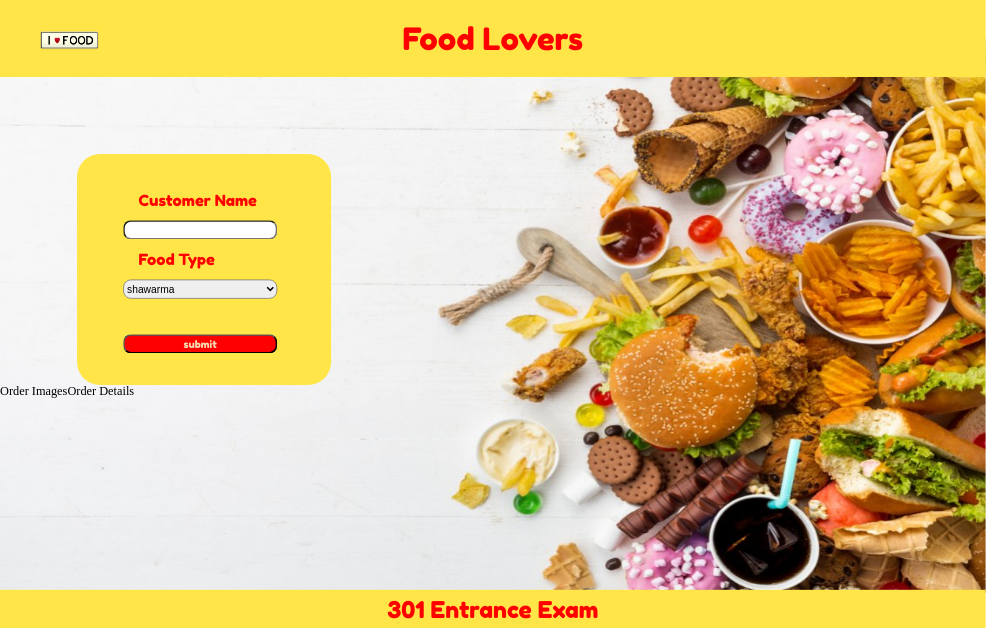
Repository: Razan-am/foodLovers
Page: index.html
An editor plug-in stored every save of this project. The page is shown before and after the next save, followed by the edit.
The browser window is 1280 px wide. The pictures show the whole page, at 77% of full size.

Above is the page before, as saved 2021-06-01 11:35:01.

### index.html
<!DOCTYPE html>
<html lang="en">

<head>
    <meta charset="UTF-8">
    <meta http-equiv="X-UA-Compatible" content="IE=edge">
    <meta name="viewport" content="width=device-width, initial-scale=1.0">
    <title>Food Lovers</title>
    <link rel="preconnect" href="https://fonts.gstatic.com">
    <link href="https://fonts.googleapis.com/css2?family=Fredoka+One&display=swap" rel="stylesheet">
    <link rel="stylesheet" href="css/reset.css">
    <link rel="stylesheet" href="css/style.css">
</head>

<body>
    <header>
        <h1>Food Lovers</h1>
        <img src="images/css images/logo.png" alt="logo">
    </header>
    <main>
        <form action="" id="myForm">
            <fieldset>
                <label for="name">Customer Name</label>
                <br/><br/>
                <input type="text" id="name" name="name">
                <br/><br/>
                <label for="food">Food Type</label>
                <br/><br/>
                <select name="food" id="food">
                    <option value="shawarma">shawarma</option>
                    <option value="pizza">pizza</option>
                    <option value="burger">burger</option>
                </select>
                <br/><br/>
                <input type="submit" value="submit">
            </fieldset>
        </form>
        <table id="myTable">
            <tr>
                <th>Order Images</th>
                <th>Order Details</th>
            </tr>
        </table>
        <img src="images/css images/background.jpg" alt="backGround">
    </main>
    <footer>
        <p>301 Entrance Exam </p>
    </footer>
    <script src="js/app.js"></script>
</body>

</html>

### css/style.css
*{
    box-sizing: border-box;
}
header{
    background-color: rgba(255, 229, 72, 255);
    height: 100px;
}
h1{
    font-family: 'Fredoka One', cursive;
    color: red;
    text-align: center;
    font-size: 40px;
    font-weight: lighter;
    padding-top: 30px;
}

header img{
    top: 2px;
    left: 30px;
    position: absolute;
    width: 120px;
    height: 100px;
}
main img{
    top: 50px;
    position: absolute;
    z-index: -1;
    width: 100%;
    height: 100%;
}
form{
    display: inline-block;
    background-color:  rgba(255, 229, 72, 255);
    margin-top: 100px;
    margin-left: 100px;
    width: 330px;
    height: 300px;
    border-radius: 30px;
}
form label{
    top: 50px;
    position: relative;
    padding-left: 80px;
    font-size: 20px;
    color: red;
    font-family: 'Fredoka One', cursive;
}
form input{
    top: 50px;
    position: relative;
    margin-left: 60px;
    width: 200px;
    height: 25px;
    border-radius: 10px;
}
form select{
    top: 50px;
    position: relative;
    margin-left: 60px;
    width: 200px;
    height: 25px;
    border-radius: 10px;
    margin-bottom: 30px;
}
form input:last-of-type{
    background-color: red;
    color: wheat;
    font-family: 'Fredoka One', cursive;
}
/* table{
    background-color: rgba(255, 229, 72, 255) ;
    top: -300px;
    position: relative;
    margin-left: 700px;
    width: 500px;
    border-radius: 10px;

} */
/* table th{
    margin-top: 20px;
    margin-left: 30px;
    border: 1px solid red;
    font-size: 20px;
    text-align: center;

} */
/* table td{

    border: 1px solid red;
    padding-bottom: 80px;
} */
table img{
    width: 90px;
    height: 90px;
    z-index: 1;
    margin-top: 500px;
    /* margin-left: 30px; */

}
table p{
    color: black;
    font-family: 'Fredoka One', cursive;
    margin-top: 30px;
    margin-left: 20px;
}
footer{
    background-color: rgba(255, 229, 72, 255);
    margin-top: 250px;
    height: 50px;
}
footer p{
    text-align: center;
    color: red;
    font-size: 30px;
    padding-top: 10px;
    font-family: 'Fredoka One', cursive;
}

### js/app.js
'use strict';

let myForm = document.getElementById('myForm');
let myTable = document.getElementById('myTable');


let mainArr = [];
function Foods(userName,foodType){
    this.userName=userName;
    this.foodType=foodType;
    this.img=`images/${foodType}.jpg`
    mainArr.push(this);
}
console.log(mainArr);

myForm.addEventListener('submit',handleEvent);
function handleEvent(event){
    event.preventDefault();

    let userName = event.target.name.value;
    let foodType = event.target.food.value;
    console.log(foodType);
    new Foods(userName,foodType);
    setting();
    render();
}

function randomNumber(min,max){
    min = Math.ceil(min);
    max = Math.floor(max);
    return Math.floor(Math.random() * (max - min) + min)
}

function render(){
    let tBody = document.createElement('tr');
    myTable.appendChild(tBody);

    for (let index = 0; index < mainArr.length; index++) {
        tBody.textContent='';

        let td1 = document.createElement('td');
        tBody.appendChild(td1);

        let imgEl = document.createElement('img');
        td1.appendChild(imgEl);
        imgEl.setAttribute('src', mainArr[index].img);

        let td2 = document.createElement('td');
        tBody.appendChild(td2);

        let pEl1 = document.createElement('p');
        td2.appendChild(pEl1);
        pEl1.textContent=`Customer Name:${mainArr[index].userName}`;
        let pEl2 = document.createElement('p');
        td2.appendChild(pEl2);
        pEl2.textContent=`Food Type:${mainArr[index].foodType}`;
        let pEl3 = document.createElement('p');
        td2.appendChild(pEl3);
        pEl3.textContent=`Food Price:${randomNumber(1,100)}`;


    }
}

function setting(){
    let data = JSON.stringify(mainArr);
    localStorage.setItem('information',data);
}

function getting(){
    let stringObj = localStorage.getItem('information');
    let normalObj = JSON.parse(stringObj);

    if(normalObj !== null){
        mainArr = normalObj;
    }
    render();
}
getting();

Loaded but not shown: css/reset.css (common file)

After the next save:
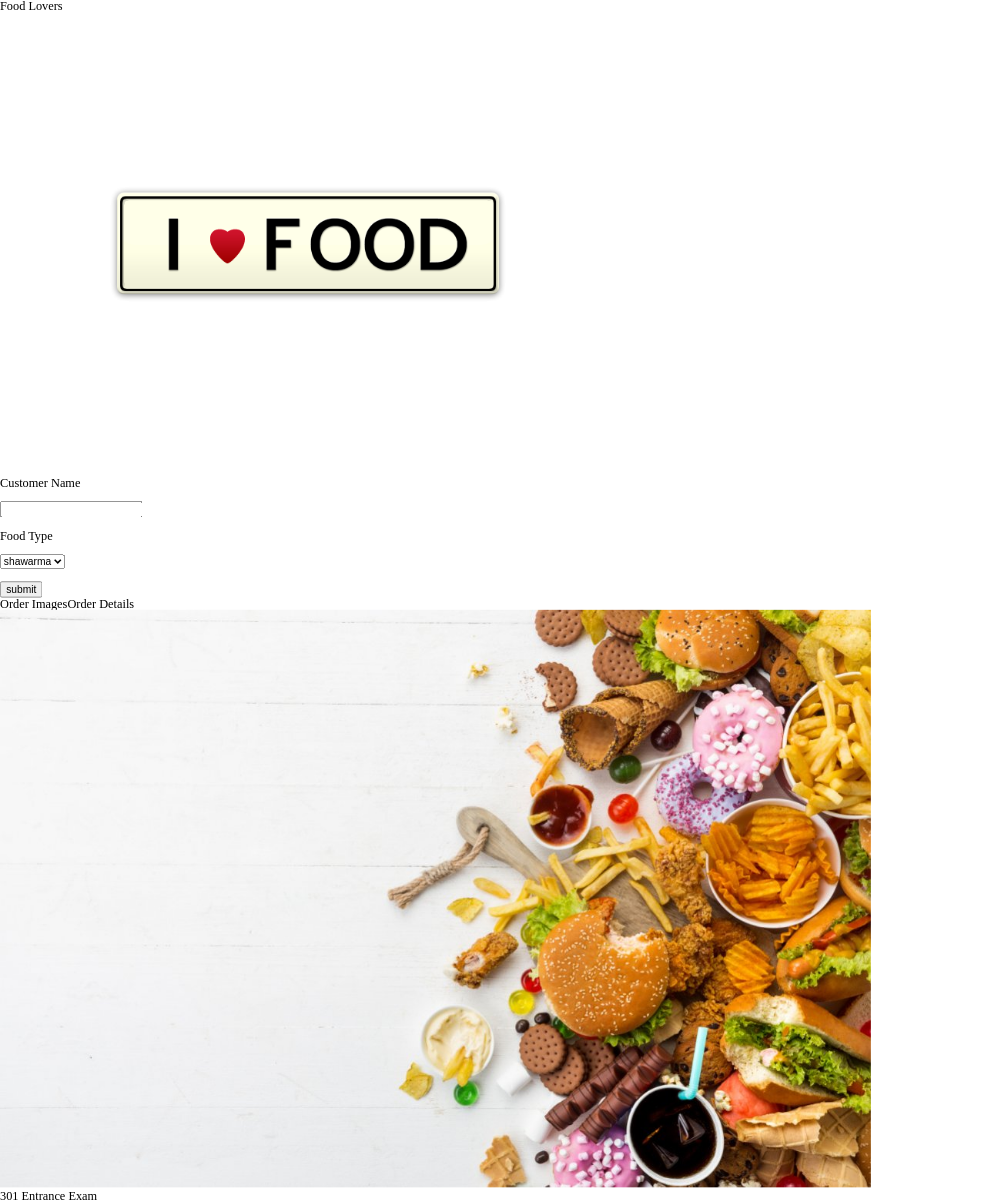
Saved 16 s later.
--- a/index.html
+++ b/index.html
@@ -9,7 +9,7 @@
     <link rel="preconnect" href="https://fonts.gstatic.com">
     <link href="https://fonts.googleapis.com/css2?family=Fredoka+One&display=swap" rel="stylesheet">
     <link rel="stylesheet" href="css/reset.css">
-    <link rel="stylesheet" href="css/style.css">
+    <!-- <link rel="stylesheet" href="css/style.css"> -->
 </head>
 
 <body>

After the save that followed:
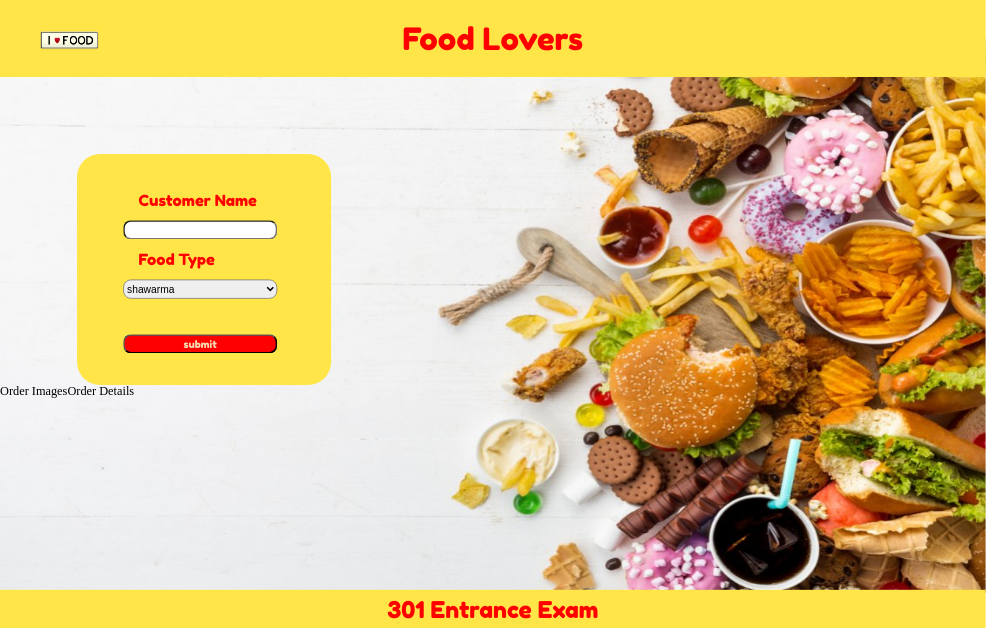
Saved 5 s later.
--- a/index.html
+++ b/index.html
@@ -9,7 +9,7 @@
     <link rel="preconnect" href="https://fonts.gstatic.com">
     <link href="https://fonts.googleapis.com/css2?family=Fredoka+One&display=swap" rel="stylesheet">
     <link rel="stylesheet" href="css/reset.css">
-    <!-- <link rel="stylesheet" href="css/style.css"> -->
+    <link rel="stylesheet" href="css/style.css">
 </head>
 
 <body>
